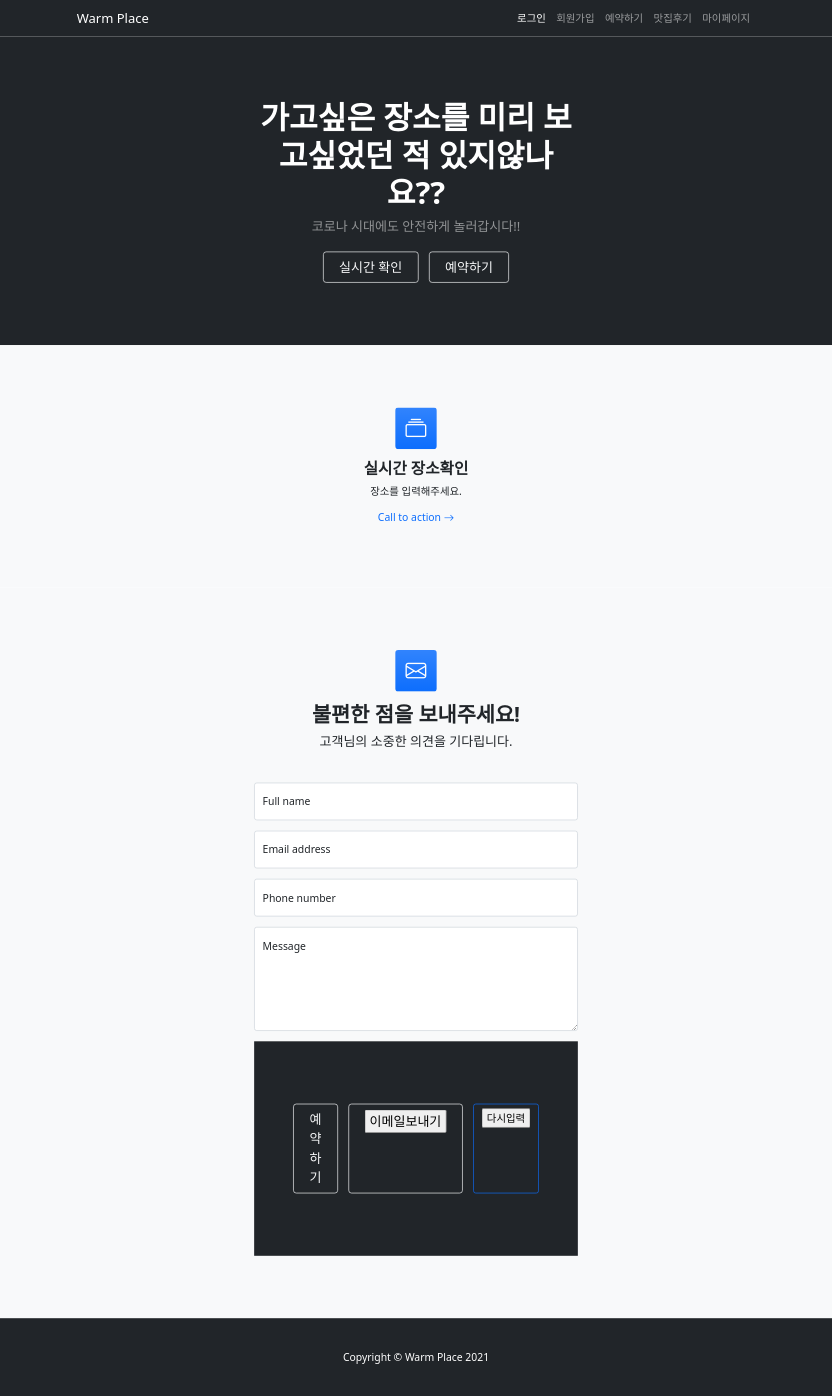
Repository: jaunnnngs/HackaTone
Page: http://localhost/StunProjects/St_Join/main.jsp
The author's editor kept a copy of each file at every save. The page is drawn from the files as they stood at one save, then again after the next save.
The browser window is 1280 px wide. The pictures show the whole page, at 65% of full size.
Some web libraries are served in a nearby version. The page is served by Tomcat 9.

Above is the page before, as saved 2021-08-12 02:17:44.

After the next save:
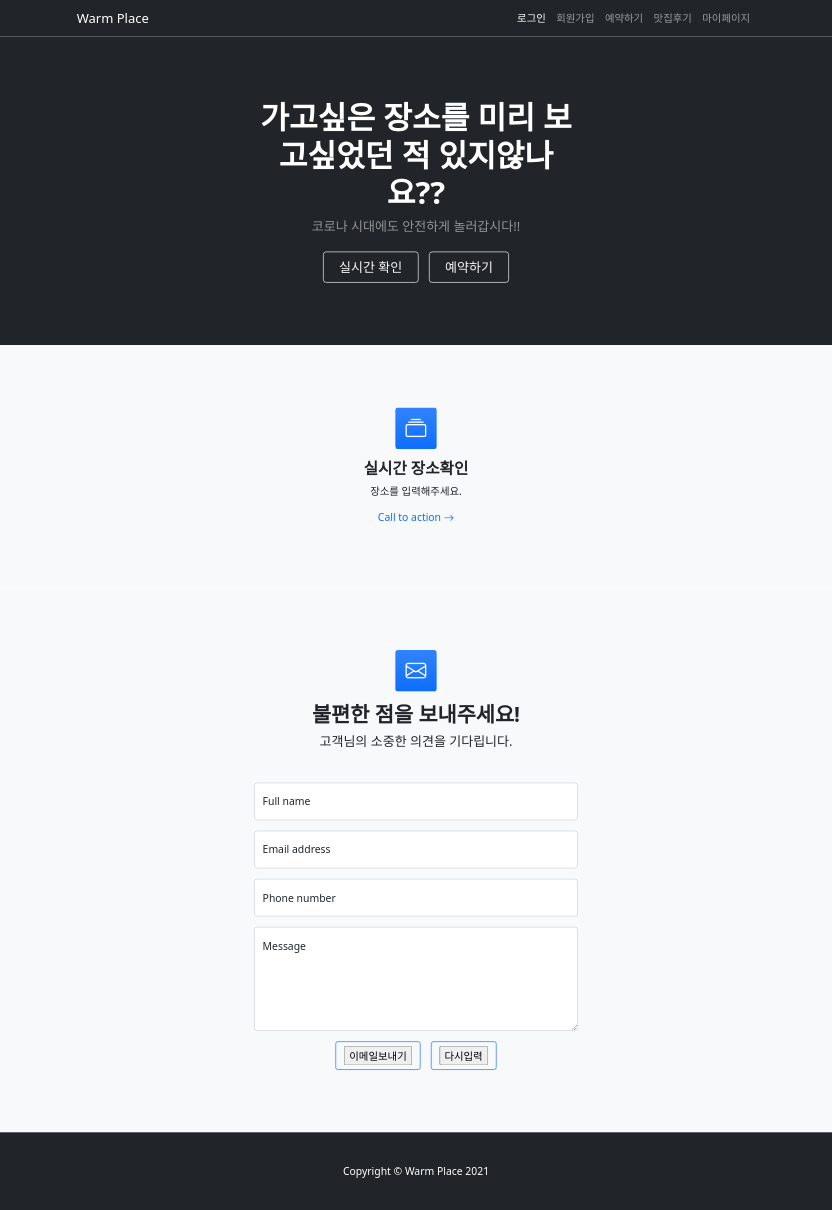
Saved 33 s later.
--- a/STUN_TEAM/StunProjects/src/main/webapp/St_Join/main.jsp
+++ b/STUN_TEAM/StunProjects/src/main/webapp/St_Join/main.jsp
@@ -156,25 +156,9 @@
                             <!-- an error submitting the form-->
                             <div class="d-none" id="submitErrorMessage"><div class="text-center text-danger mb-3">Error sending message!</div></div>
                             <!--마지막 버튼!  -->
-                             <div class="bg-dark py-5">
-            <div class="container px-5">
-                <div class="row gx-5 justify-content-center">
-                    <div class="col-lg-6">
-                        <div class="text-center my-5">
-
                             <div class="d-grid gap-3 d-sm-flex justify-content-sm-center">
-
-                                <a class="btn btn-outline-light btn-lg px-4" href="../St_Reservation/map.jsp">예약하기</a>
-
-
-                            <div class="d-grid gap-3 d-sm-flex justify-content-sm-center">
-							<a class="btn btn-outline-light btn-lg px-4"><input type="submit" value="이메일보내기"></a>
+							<a class="btn btn-outline-primary"><input type="submit" value="이메일보내기"></a>
 							<a class="btn btn-outline-primary"><input type="reset" value="다시입력"></a></div>
-							 </div>
-                        </div>
-                    </div>
-                </div>
-            </div></div>
 				</form>
                 </div>
                 </div>
